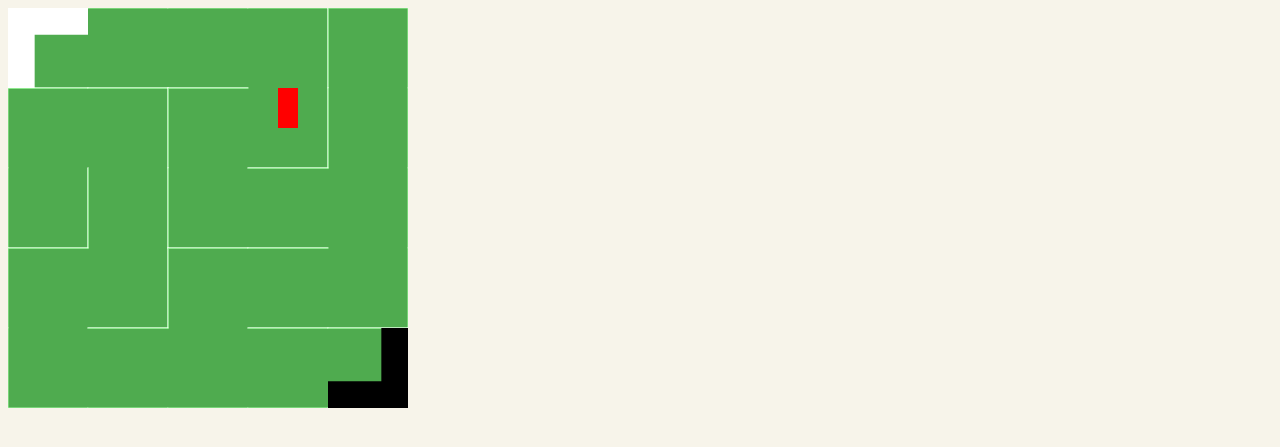
Repository: animarcus/maze-generator
Page: index.html
The author's editor kept a copy of each file at every save. The page is drawn from the files as they stood at one save, then again after the next save.
The browser window is 1280 px wide. The pictures show the whole page.
Some web libraries are served in a nearby version.

Above is the page before, as saved 2020-09-12 18:23:22.

### index.html
<!DOCTYPE html>
<html lang="en">
<head>
  <link rel="apple-touch-icon" sizes="180x180" href="/icons/apple-touch-icon.png">
  <link rel="icon" type="image/png" sizes="32x32" href="/icons/favicon-32x32.png">
  <link rel="icon" type="image/png" sizes="16x16" href="/icons/favicon-16x16.png">
  <link rel="manifest" href="/icons/site.webmanifest">
  <link rel="mask-icon" href="/icons/safari-pinned-tab.svg" color="#5bbad5">
  <link rel="shortcut icon" href="/icons/favicon.ico">
  <meta name="msapplication-TileColor" content="#da532c">
  <meta name="msapplication-config" content="/icons/browserconfig.xml">
  <meta name="theme-color" content="#ffffff">

  <script type="text/javascript" src="https://cdn.jsdelivr.net/npm/p5@1.1.4/lib/p5.min.js"></script>
  <script src="js/cell.js"></script>
  <script src="js/sketch.js"></script>
  <script src="js/solver.js"></script>


  <link rel="stylesheet" href="css/style.css">
  <meta charset="UTF-8">
  <meta name="viewport" content="width=device-width, initial-scale=1.0, maximum-scale=1.0, user-scalable=0">
  <title>Maze Generator</title>
</head>
<body>
</body>
</html>

### js/cell.js
class Cell {
  constructor(i, j) {
    this.i = i;
    this.j = j;
    this.walls = [true,true,true,true];
    this.visited = false;
  }
  checkNeighbors() {
    let neighbors = [];
    // console.log(index(i+1  , j   ));
    let top     = grid[index(this.i    , this.j-1 )];
    let right   = grid[index(this.i+1  , this.j   )];
    let bottom  = grid[index(this.i    , this.j +1)];
    let left    = grid[index(this.i-1  , this.j   )];
    if (top && !top.visited) {
      neighbors.push(top);
    }
    if (right && !right.visited) {
      neighbors.push(right);
    }
    if (bottom && !bottom.visited) {
      neighbors.push(bottom);
    }
    if (left && !left.visited) {
      neighbors.push(left);
    }
    if (neighbors.length > 0) {
      let r = floor(Math.random() * neighbors.length);
      return neighbors[r];
    } else {
      return undefined;
    }
  }
  highlight() {
    let x = this.i * w;
    let y = this.j * w;
    fill(150, 0, 0, 255);
    noStroke();
    rect(x, y, w, w);
  }
  show() {
    let x = this.i*w;
    let y = this.j*w;
    stroke(255);
    if (this.walls[0]) {
      line(x,y,x+w,y);
    }
    if (this.walls[1]) {
      line(x+w,y,x+w,y+w);
    }
    if (this.walls[2]) {
      line(x+w,y+w,x,y+w);
    }
    if (this.walls[3]) {
      line(x,y+w,x,y);
    }
    if (this.visited) {
      noStroke();
      fill(100, 255, 100, 150);
      rect(x, y, w, w);
    }
  }
}

### js/sketch.js



let cols, rows;
let w = 80;
let grid = [];
let current;
let stack = [new Cell(0, 0)];

let generated;
let solveOK;


function setup() {
  createCanvas(400,400);
  cols = floor(width/w);
  rows = floor(width/w);

  // frameRate(7);

  generated = false;
  solveOK = false;

  for (let j = 0; j < rows; j++) {
    for (let i = 0; i < cols; i++) {
      let cell = new Cell(i,j);
      grid.push(cell);
    }
  }
  current = grid[0];
}

function draw() {
  background(51);
  for (let i = 0; i < grid.length; i++) {
    grid[i].show();
  }
  if (!generated) {
    maze.generateMaze();
  } else if (solveOK) {
    maze.solveMaze();
  }
}


let maze = {
  generateMaze : function() {
    current.visited = true;
    current.highlight();
    let next = current.checkNeighbors();
    // console.log(stack);
    if (next) {
      next.visited = true;
      //step 2
      stack.push(next);
      //step 3
      removeWalls(current, next);
      //step 4
      current = next;
    } else if (stack.length > 0) {
      current = stack.pop();
      if (stack.length == 0) {
        frameRate(3);
        // console.log("no");
        solver = new Solver(0, 0);
        generated = true;

        solveOK = true;
      }
    }
  },
  solveMaze : function() {
    // grid[0].highlight();
    noStroke();
    fill(color("white"));
    rect(grid[0].i, grid[0].j, w/3, w);
    rect(grid[0].i, grid[0].j, w, w/3);
    fill(color("black"));
    rect(grid[grid.length-1].i*w + w, grid[grid.length-1].j*w + w, -w/3, -w);
    rect(grid[grid.length-1].i*w + w, grid[grid.length-1].j*w + w, -w, -w/3);

    fill(color("red"));
    // rect(solver.i+w/10,solver.j+w/10,w-w/5,w-w/5);
    solver.draw();
    solver.move();
  }
};


function index(i, j) {
  if (i < 0 || j < 0 || i > cols-1 || j > rows-1) {
    return -1;
  }
  return i + j * cols;
}


function removeWalls(a, b) {
  let x = a.i - b.i;
  if (x === 1) {
    a.walls[3] = false;
    b.walls[1] = false;
  } else if (x == -1) {
    a.walls[1] = false;
    b.walls[3] = false;
  }

  let y = a.j - b.j;
  if (y === 1) {
    a.walls[0] = false;
    b.walls[2] = false;
  } else if (y === -1) {
    a.walls[2] = false;
    b.walls[0] = false;
  }

}

### js/solver.js
let facing;
class Solver {
  constructor(x, y) {
    this.i = x;
    this.j = y;
    this.direction = -1; // up-right-down-left
  }
  draw() {
    this.current = grid[index(this.i, this.j)];

    fill(color("red"));
    this.direction = Math.abs(this.direction);
    let x = this.i*w;
    let y = this.j*w;

    if (this.direction % 4 === 0) {
      this.direction = 0;
      this.facing = grid[index(this.i, this.j-1)];
      rect(x + w/2-w/8, y + w/2, w/4, -w/2);
    } else if (this.direction % 4 === 1) {
      this.direction = 1;
      rect(x + w/2, y + w/2-w/8, w/2, w/4);
      this.facing = grid[index(this.i+1, this.j)];
    } else if (this.direction % 4 === 2) {
      this.direction = 2;
      rect(x + w/2-w/8, y + w/2, w/4, w/2);
      this.facing = grid[index(this.i, this.j+1)];
    } else if (this.direction % 4 === 3) {
      this.direction = 3;
      rect(x + w/2, y + w/2-w/8, -w/2, w/4);
      this.facing = grid[index(this.i-1, this.j)];
    }
  }
  move() {
    // console.log(this.direction);
    // console.log(this.current.walls);
    if (this.current.walls[this.direction]) {
      if (this.current.walls[this.direction + 1]) {
        console.log(this.direction);
        this.direction = Math.abs(this.direction - 1);
      } else if (this.current.walls[this.direction - 1]) {
        this.direction = Math.abs(this.direction + 1);
      } else if (!this.current.walls[this.direction + 1] && !this.current.walls[this.direction - 1])
        this.direction = Math.abs(this.direction + 1);
    } else {
      this.i = this.facing.i;
      this.j = this.facing.j;
    }

    // up wall check : this.current.walls[0] && this.facing.walls[2]
    // right wall check : this.current.walls[1] && this.facing.walls[3]
    // down wall check : this.current.walls[2] && this.facing.walls[0]
    // left wall check : this.current.walls[3] && this.facing.walls[1]
  }
}

### css/style.css
* {
  cursor: default;
  /* -webkit-touch-callout: none;
  -webkit-user-select: none;
  -khtml-user-select: none;
  -moz-user-select: none;
  -ms-user-select: none;
  user-select: none; */
}
body {
  background: #f7f4ea;
  height: 100%;
  overflow-y: hidden;
  overflow-x: hidden;
  /* border-radius: 50%; */
}

/* p {
  position: absolute;
  top:50%;
  left:50%;
  transform: translate(-50%,-50%);
} */

After the next save:
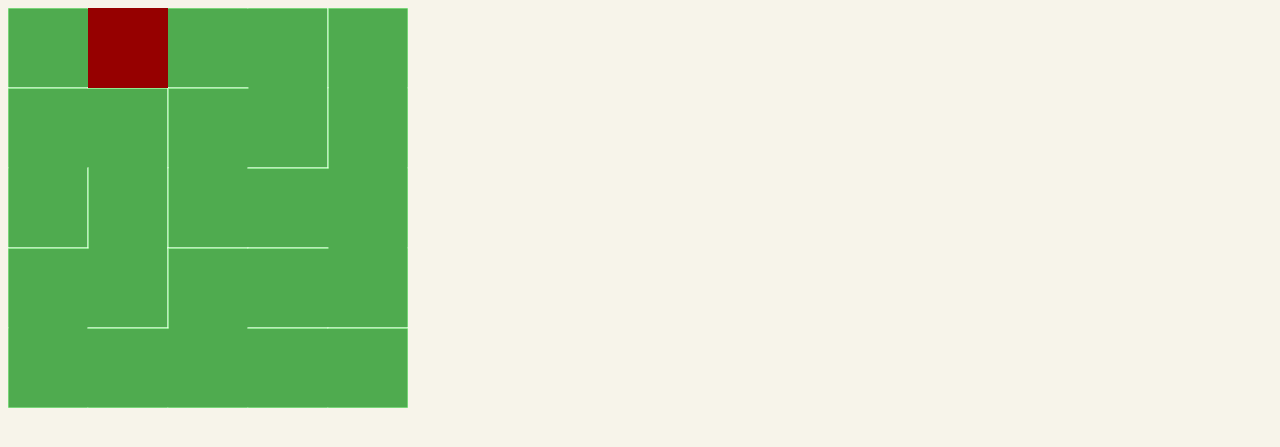
Console error: SyntaxError: Unexpected token 'else'
Saved 5 min 59 s later.
--- a/js/solver.js
+++ b/js/solver.js
@@ -32,16 +32,18 @@
     }
   }
   move() {
-    // console.log(this.direction);
+    console.log(this.direction);
     // console.log(this.current.walls);
     if (this.current.walls[this.direction]) {
       if (this.current.walls[this.direction + 1]) {
-        console.log(this.direction);
-        this.direction = Math.abs(this.direction - 1);
-      } else if (this.current.walls[this.direction - 1]) {
-        this.direction = Math.abs(this.direction + 1);
-      } else if (!this.current.walls[this.direction + 1] && !this.current.walls[this.direction - 1])
-        this.direction = Math.abs(this.direction + 1);
+        if (this.current.walls[this.direction -1]) {
+          this.direction += 1;
+        } else {
+          this.direction -= 1;
+        }
+      else {
+        this.direction += 1;
+      }
     } else {
       this.i = this.facing.i;
       this.j = this.facing.j;

After the save that followed:
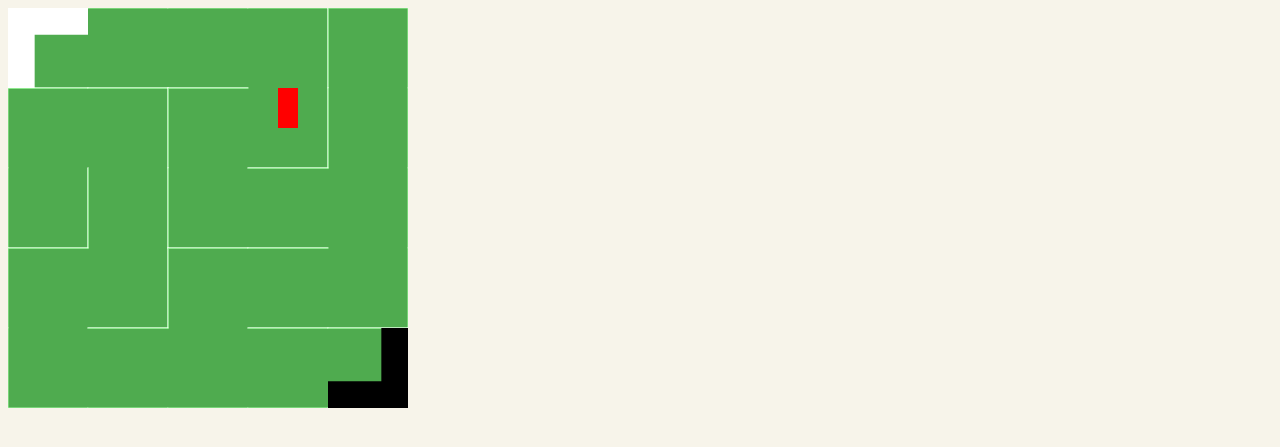
The error is gone.
Saved 15 s later.
--- a/js/solver.js
+++ b/js/solver.js
@@ -41,6 +41,7 @@
         } else {
           this.direction -= 1;
         }
+      }
       else {
         this.direction += 1;
       }
